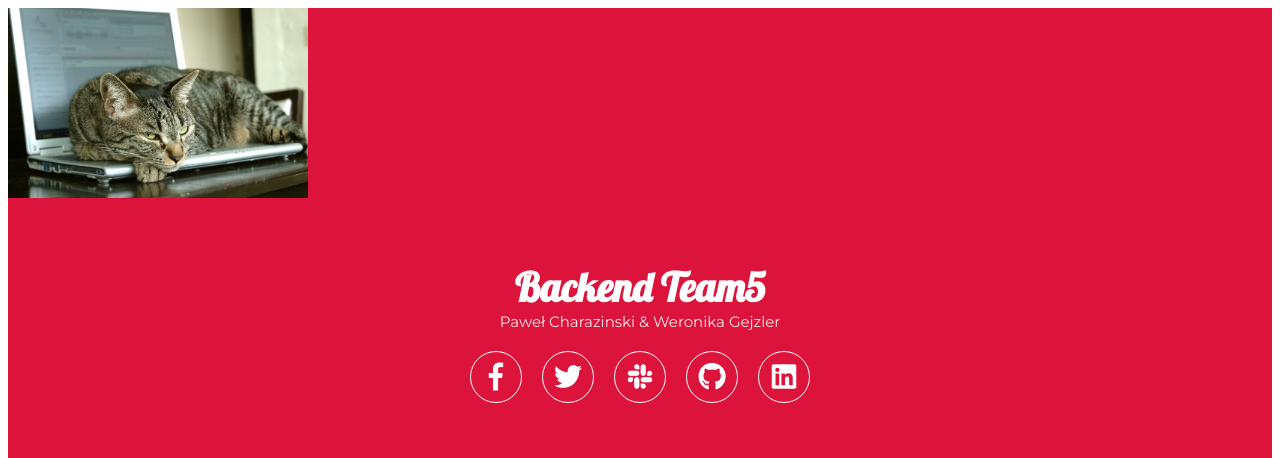
Repository: pietruszka/cc_proj1
Page: index.html
The author's editor kept a copy of each file at every save. The page is drawn from the files as they stood at one save, then again after the next save.
The browser window is 1280 px wide. The pictures show the part of the page from y = 0 to 458 px (the page is 1111 px tall).
Pictures or frames that could not be fetched are drawn as grey boxes. Some web libraries are served in a nearby version.

Above is the page before, as saved 2018-11-18 19:28:52.

### index.html
<!DOCTYPE html>
<html lang="en">

<head>
    <meta charset="UTF-8">
    <meta name="viewport" content="width=device-width, initial-scale=1.0">
    <link rel="stylesheet" href="./style.css" />
    <link href="https://fonts.googleapis.com/css?family=Lobster" rel="stylesheet">
    <link href="https://use.fontawesome.com/releases/v5.0.8/css/all.css" rel="stylesheet">
    <link href="https://fonts.googleapis.com/css?family=Montserrat" rel="stylesheet">
    <link href="https://fonts.googleapis.com/css?family=Raleway" rel="stylesheet">
    <title>BackendTeam5</title>
</head>

<body>

    <div class="wrapper">
        <div id="top">
            <div id="photo"><img id="photo1" src="people.jpg" alt=""></div>
            <div id="heading">


               <h1 id="heading1">Backend Team5</h1>
               <h2 id="heading2">Paweł Charazinski &amp; Weronika Gejzler</h2>
               <div class="nav">

                <div class="nav-item">
                    <a href="#" class="fab fa-facebook-f"></a>
                </div>
                <div class="nav-item">
                    <a href="#" class="fab fa-twitter"></a>
                </div>

                <div class="nav-item">
                    <a href="#" class="fab fa-slack"></a>
                </div>
                <div class="nav-item">
                    <a href="#" class="fab fa-github"></a>
                </div>
                <div class="nav-item">
                    <a href="#" class="fab fa-linkedin"></a>
                </div>
            </div>


            </div>

        </div>

        <div id="bottom">
            <div id="about">
<h1 id="h_about">O <span style="color:crimson">nas</span></h1>
<p id="p_about">Witamy na naszej stronie-wizytówce! Jest to nasz pierwszy projekt w ramach warsztatów koła naukowego CodersCrew! Do jego stworzenia wykorzystaliśmy HTML oraz CSS z użyciem flexbox i grid. Mamy nadzieję, że Ci się podoba! Kolejne nasze projekty dotyczyć będą JavaScriptu i frameworka React. Zachęcamy do pozostania w kontakcie.</p>
<div id="button">Dowiedz się więcej!</div>


            </div>
            <div id="details">
<table>
    <tr>
        <td class="table"><b>City</b></td>
        <td class="table">Wrocław</td>
    </tr>
    <tr>
        <td class="table"><b>Technologies</b></td>
        <td class="table">HTML/CSS</td>
    </tr>
    <tr>
        <td class="table"><b>Training time</b></td>
        <td class="table">1 week</td>
    </tr>
    <tr>
        <td class="table"><b>What's next</b></td>
        <td class="table">JavaScript!</td>
    </tr>
    <tr>
        <td class="table"><b>Emails</b></td>
        <td class="table">weronika.gejzler@gmail.com
        </td>
    </tr>
    <tr><td class="table"></td><td class="table">pawel.charazinski@gmail.com
        </td></tr>

</table>
</div>
        </div>

    </div>
</div>
</body>

</html>

### style.css
.wrapper{
   font-size: 1.5em;
   width: 100%;
   height: 100vh;
  display: grid;
   grid-template-areas:
   "photo"
   "heading"
   "about"
   "details";
   grid-template-columns: 1fr;
   grid-template-rows: 450px 600px 250px 250px;

}
#top{

    background-color: crimson;
    color: white;

}
#photo{
    display: flex;
    align-items: flex-end;

    grid-area: photo;
}
#photo1{

   width: 300px;

}

#heading{

  padding: 5vw;
  grid-area: heading;
}

#heading1 {

    font-size: 40px;
    font-weight: 700;
        font-family: 'Lobster', cursive;
    text-align: center;
    margin:0;
   }
   #heading2 {

    font-size: 15px;
    font-weight: 100;
    font-family:  Montserrat;
    text-align: center;
    margin: 0%;
    opacity: 0.9;
    }

    a {
        color: white;
        text-decoration: none;

    }
    .nav {
        display: flex;
        justify-content: center;
        margin: 20px;

    }

    .nav-item {

        animation: show 0.5s ease-in-out forwards;

        transition: all 0.3s ease-in-out;
        border-radius: 100%;
        border: solid 1px white;

        width: 50px;
        height: 50px;
        margin: 0 10px;
        display: flex;
        align-items: center;
        justify-content: center;

    }

    .nav-item:hover {
        cursor: pointer;

        opacity: 0.5;

    }

    .nav-item a:hover {

        opacity: 0.5;

    }

    .nav-item a {
        font-size: 28px;

    }

#bottom{

    background: url(abstract/8020.jpg);


}
#about{
   margin: 5vw;
   grid-area: about;
}
#h_about{
   font-family:  Montserrat;
    font-style: Bold;
    font-size: 24px;
        text-align: Left;
        line-height: 29px;

}
#p_about{
   color: #666666;
   Font-Family: Raleway;
Font-Style: Regular;
Font-Size: 16px;
Line-Height: 24px;
text-Align: Left;
}
#button{
    border: 2px solid crimson;
    border-radius: 25px;
    background-color: white;
    color: crimson;

    padding: 15px 32px;
    text-align: center;
    text-decoration: none;
    display: inline-block;
    font-size: 14px;
    Font-Family: Raleway;
}



#details{
    margin: 5vw;
    color: #666666;
    Font-Family: Raleway;
 Font-Style: Regular;
 Font-Size: 16px;
 Line-Height: 29px;
 text-Align: Left;
 grid-area: details;
}
.table{
    padding: 1vw;
}

After the next save:
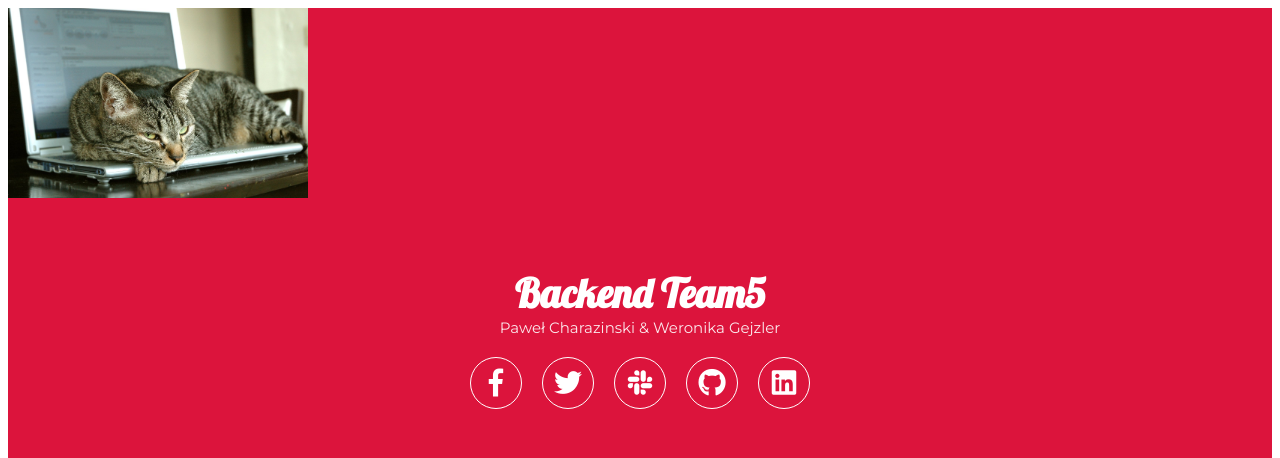
Saved 12 s later.
--- a/style.css
+++ b/style.css
@@ -19,8 +19,7 @@
 
 }
 #photo{
-    display: flex;
-    align-items: flex-end;
+
 
     grid-area: photo;
 }
